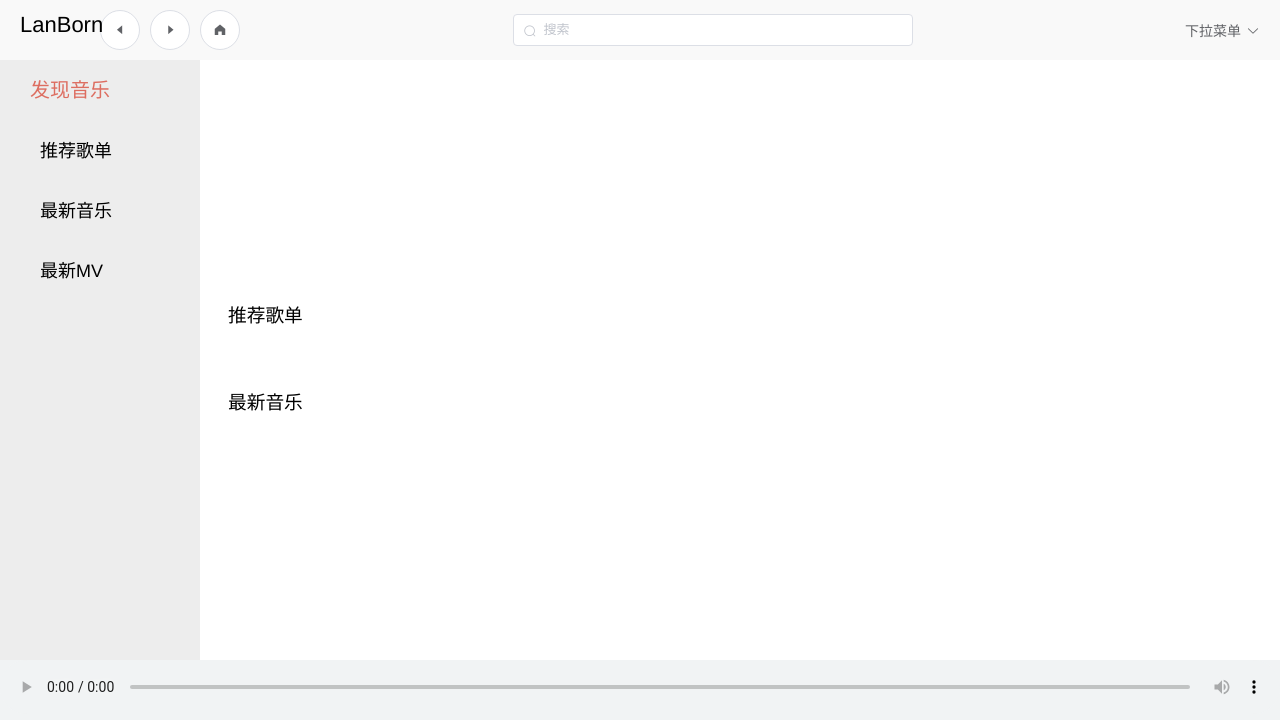
Repository: Lanborn/cloud_music
Page: /
These files come from the project's save history. The page is drawn as it stood at one moment and after the next save; the edit follows.
The browser window is 1280 px wide. The pictures show the whole page.
The page's requests for data from a server got no answer. An inner scrolling area shows only its first screen. The project was rebuilt for these pictures with package versions that can differ from the ones it lists, and the page was loaded fresh each time. No one was signed in, and anything a server would have sent is missing. Also part of the build but not shown: vue.config.js, src/components/playlists.vue, src/components/songs.vue, src/components/mvs.vue, src/components/result.vue, src/components/playlist.vue, src/components/mv.vue.

Above is the page before, as saved 2021-12-11 00:32:28.

### src/views/top.vue
<template>
  <div class="top-container">
    <div class="left-box">
      <div class="icon-wrapper">
        <el-tooltip class="item" :enterable="false" effect="dark" content="去主页：lanborn.github.io/Vueprs/" placement="right">
          <!-- <img src="" alt=""> -->
          <a class="el-tooltip item" href="https://lanborn.github.io/Vueprs/">LanBorn</a>
        </el-tooltip>
      </div>
      <div class="history-wrapper">
        <el-button @click="backLast" icon="el-icon-caret-left" circle></el-button>
        <el-button @click="preForWard" icon="el-icon-caret-right" circle></el-button>
        <el-button @click="goHome" icon="el-icon-s-home" circle></el-button>
      </div>
    </div>
    <div class="center-box">
        <div class="el-input el-input--small el-input--prefix">
          <input
            type="text"
            autocomplete="on"
            placeholder="搜索"
            class="el-input__inner"
            @keyup.enter="toResult"
            v-model="inputValue"
          />
          <span class="el-input__prefix">
            <i class="el-input__icon el-icon-search"></i>
          </span>
          <ul class="list-group">
            <li v-for="(item,index) in songList" :key="index" class="list-group-item">
              <label for="songName">
                {{item.alias[0]}}
              </label>
            </li>
          </ul>
      </div>
    </div>
    <div class="right-box">
        <el-dropdown>
          <span class="el-dropdown-link">
            下拉菜单<i class="el-icon-arrow-down el-icon--right"></i>
          </span>
        </el-dropdown>
      </div>
  </div>
</template>

<script>
import axios from 'axios'
export default {
  name: 'top',
  data() {
    return {
      query: '',
      inputValue : '',
      songList : [],
      time : '',
    }
  },
  // 这个地方要实现跟百度搜索一样的功能
  // updated : {
  //   time : setTimeout(() => {
  //     axios({
  //       url : 'https://autumnfish.cn/search',
  //       withCredentials : true,
  //       methods : 'get',
  //       params : {
  //         keywords : this.inputValue,
  //         limit : 6
  //       }
  //     }).then(
  //       res => {
  //         clearContent();
  //         this.songList = res.data.result.songs
  //       }
  //     )
  //   }, 800)
  // },
  methods: {
    toResult(){
      if(!this.inputValue){
        this.$message.warning('请输入内容')
      }else{
        // 跳转到搜索页并携带数据进行跳转
        this.$router.push('/result?q='+this.inputValue)
      }
    },
    backLast(){
      this.$router.back()
    },
    preForWard(){
      this.$router.forward()
    },
    goHome(){
      this.$router.push({
        name:'discovery'
      })
    }
  },
}
</script>

<style scoped>
.top-container {
  padding: 0;
  padding-right: 20px;
  display: flex;
  justify-content: space-between;
  align-items: center;
}
.center-box {
  flex-basis: 400px;
}
.left-box {
  margin-left: 20px;
  position: relative;
  text-align: center;
  font-size: 22px;
  color: black;
}
.left-box a {
  position: absolute;
  top: 5%;
  font-size: 22px;
  color: black;
}

</style>

### src/views/index.vue
<template>
  <div class="index-container">
    <!-- 左侧导航区 -->
    <div class="nav">
      <ul>
        <li>
          <routerLink to="/discovery">
            <span class="iconfont icon-find-music">发现音乐</span>
          </routerLink>
        </li>
        <li>
          <router-link to="/playlists">
            <span class="iconfont icon-music-list"></span>
            推荐歌单
          </router-link>
        </li>
        <li>
          <router-link to="/songs">
            <span class="iconfont icon-music"></span>
            最新音乐
          </router-link>
        </li>
        <li>
          <router-link to="/mvs">
            <span class="iconfont icon-mv"></span>
            最新MV
          </router-link>
        </li>
      </ul>
    </div>
    <!-- 主体区域 -->
    <div class="main">
      <router-view></router-view>
    </div>
    <!-- 播放标签 -->
    <div class="player">
      <!-- autoplay 自动播放 -->
      <audio crossOrigin="anonymous" :src="musicUrl" controls autoplay></audio>
    </div>
  </div>
</template>

<script>

export default {
  name: 'index',
  data() {
    return {
      musicUrl:""
    };
  },
  methods: {
    getUrl(data){
      console.log(data)
      this.$nextTick(function () {
        this.musicUrl = data
      });
    }
  },
  mounted(){
    this.$bus.$on('getYy',this.getUrl)
  },
}
</script>

<style>
</style>

### src/components/discovery.vue
<template>
  <div class="discovery-container">
    <!-- 轮播图 -->
    <el-carousel class="" :interval="4000" type="card">
      <!-- 循环获取到的接口数据 -->
      <el-carousel-item v-for="(item, index) in banners" :key="index">
        <img :src="item.imageUrl" alt="" />
      </el-carousel-item>
    </el-carousel>
    <!-- 推荐歌单 -->
    <div class="recommend">
      <h3 class="title">
        推荐歌单
      </h3>
      <div class="items">
        <div class="item" v-for="(item, index) in list" :key="index" @click="toPlayList(item.id)">
          <router-link to="/playlist">
                  <div class="img-wrap">
                    <div class="desc-wrap">
                      <span class="desc">{{ item.copywriter }}</span>
                    </div>
                    <img :src="item.picUrl" alt="" />
                    <span class="iconfont icon-play"></span>
                    <router-link to="/playlist"></router-link>
                  </div>
          </router-link>
          <p class="name">{{ item.name }}</p>
        </div>
      </div>
    </div>
    <!-- 最新音乐 -->
    <div class="news">
      <h3 class="title">
        最新音乐
      </h3>
      <div class="items">
        <div class="item" v-for="(item, index) in songs" :key="index">
          <div class="img-wrap">
            <!-- 封面 -->
            <img :src="item.picUrl" alt="" />
            <span @click="playMusic(item.id)" class="iconfont icon-play"></span>
          </div>
          <div class="song-wrap">
            <!-- 歌名 -->
            <div class="song-name">{{ item.name }}</div>
            <!-- 歌手名 -->
            <div class="singer">{{ item.song.artists[0].name }}</div>
          </div>
        </div>
      </div>
    </div>
    <!-- 推荐MV -->
    <div class="mvs">
      <h3 class="title">推荐MV</h3>
      <div class="items">
        <div class="item" @click="toMV(item.id)" v-for="(item,index) in mvs" :key="index">
          <div class="img-wrap">
            <img :src="item.picUrl" alt="" />
            <span class="iconfont icon-play"></span>
            <div class="num-wrap">
              <div class="iconfont icon-play"></div>
              <!-- 播放次数 -->
              <div class="num">{{ item.playCount }}</div>
            </div>
          </div>
          <div class="info-wrap">
            <!-- mv名 -->
            <div class="name">{{ item.name }}</div>
            <!-- 歌手名 -->
            <div class="singer">{{ item.artistName }}</div>
          </div>
        </div>
      </div>
    </div>
  </div>
</template>

<script>
  // 导入 axios
  import axios from 'axios'
  export default {
    name: 'discovery',
    data() {
      return {
        // 轮播图
        banners: [],
        // 推荐歌单
        list: [],
        // 最新音乐
        songs: [],
        // 推荐mv
        mvs:[]
      }
    },
    created() {
      // console.log('created')
      // 轮播图接口
      axios({
        url: 'https://autumnfish.cn/banner',
        // withCredentials: true, //关键
        method: 'get'
      }).then(res => {
        // console.log(res)
        this.banners = res.data.banners
      })

      // 推荐歌单
      axios({
        url: 'https://netease-cloud-music-api-blond-iota.vercel.app/personalized',
        // url : '/personalized',
        withCredentials: true,
        method: 'get',
        params: {
          // 获取的数据量
          limit: 10
        }
      }).then(res => {
        console.log('推荐歌单')
        console.log(res)
        this.list = res.data.result
      })

      // 最新音乐
      axios({
        url: 'https://autumnfish.cn/personalized/newsong',
        params : {
          limit : 10
        },
        method: 'get'
      }).then(res => {
        // console.log(res)
        this.songs = res.data.result
      })

      // 最新mv
      axios({
        url: 'https://autumnfish.cn/personalized/mv',
        method: 'get'
      }).then(res => {
        // console.log(res)
        this.mvs = res.data.result
      })
    },
    methods: {
      playMusic(id) {
        // console.log(id)
        axios({
          // url : 'https://netease-cloud-music-api-blond-iota.vercel.app/song/url',
          url: '/song/url',
          // withCredentials: true, //关键
          method: 'get',
          params: {
            id
          }
        }).then(res => {
          console.log(res)
          // console.log(this.$parent)
          let url = res.data.data[0].url
          console.log(url)
          this.$bus.$emit('getYy', url);

          // this.$parent.musicUrl = url

        },err=>{
          console.log(err)
        })
      },
      toPlayList(id) {
        console.log(id)
        this.$router.push(`/playlist?q=${id}`)
      },
      toMV(id){
        console.log(id)
        this.$router.push(`/mv??q=${id}`)
      }
    }
  }
</script>

<style lang="less" scoped>

</style>

Loaded but not shown: public/index.html (common file); src/main.js (common file); src/App.vue (common file); src/router/index.js (63 lines, source omitted); src/assets/index.css (1393 lines, source omitted)

After the next save:
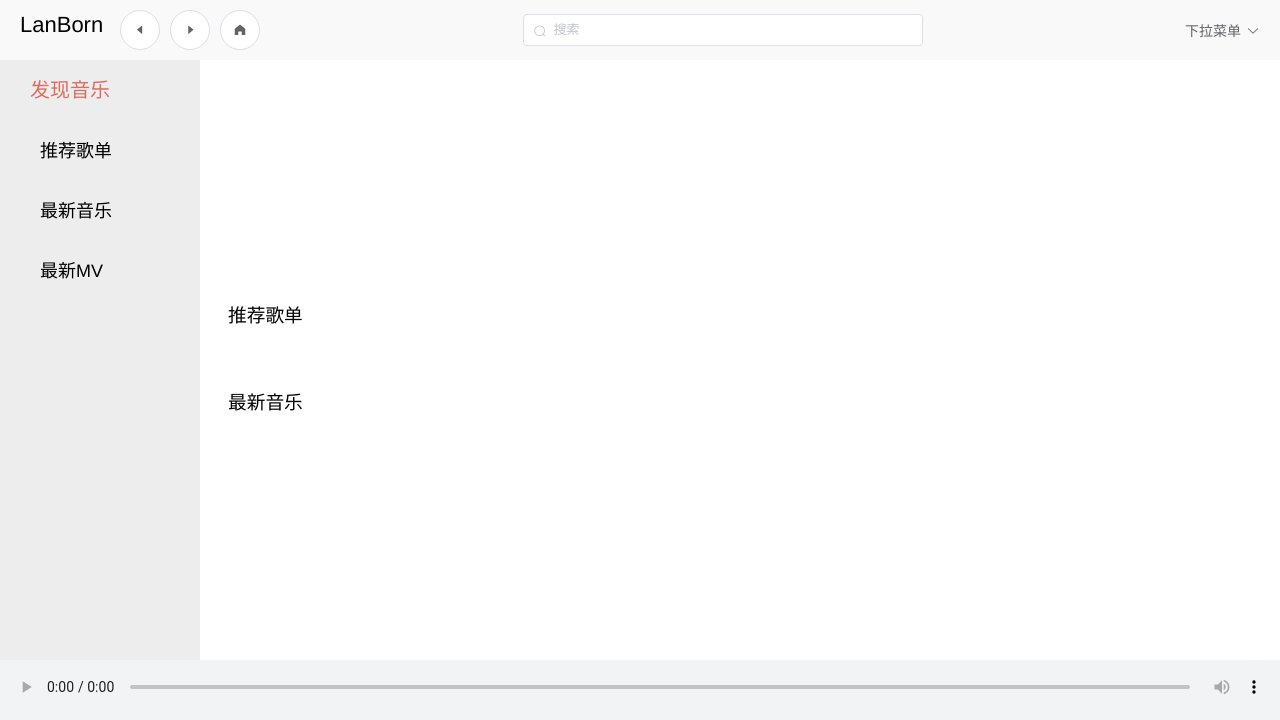
Saved 19 s later.
--- a/src/views/top.vue
+++ b/src/views/top.vue
@@ -7,7 +7,7 @@
           <a class="el-tooltip item" href="https://lanborn.github.io/Vueprs/">LanBorn</a>
         </el-tooltip>
       </div>
-      <div class="history-wrapper">
+      <div style="margin-left:20px" class="history-wrapper">
         <el-button @click="backLast" icon="el-icon-caret-left" circle></el-button>
         <el-button @click="preForWard" icon="el-icon-caret-right" circle></el-button>
         <el-button @click="goHome" icon="el-icon-s-home" circle></el-button>
